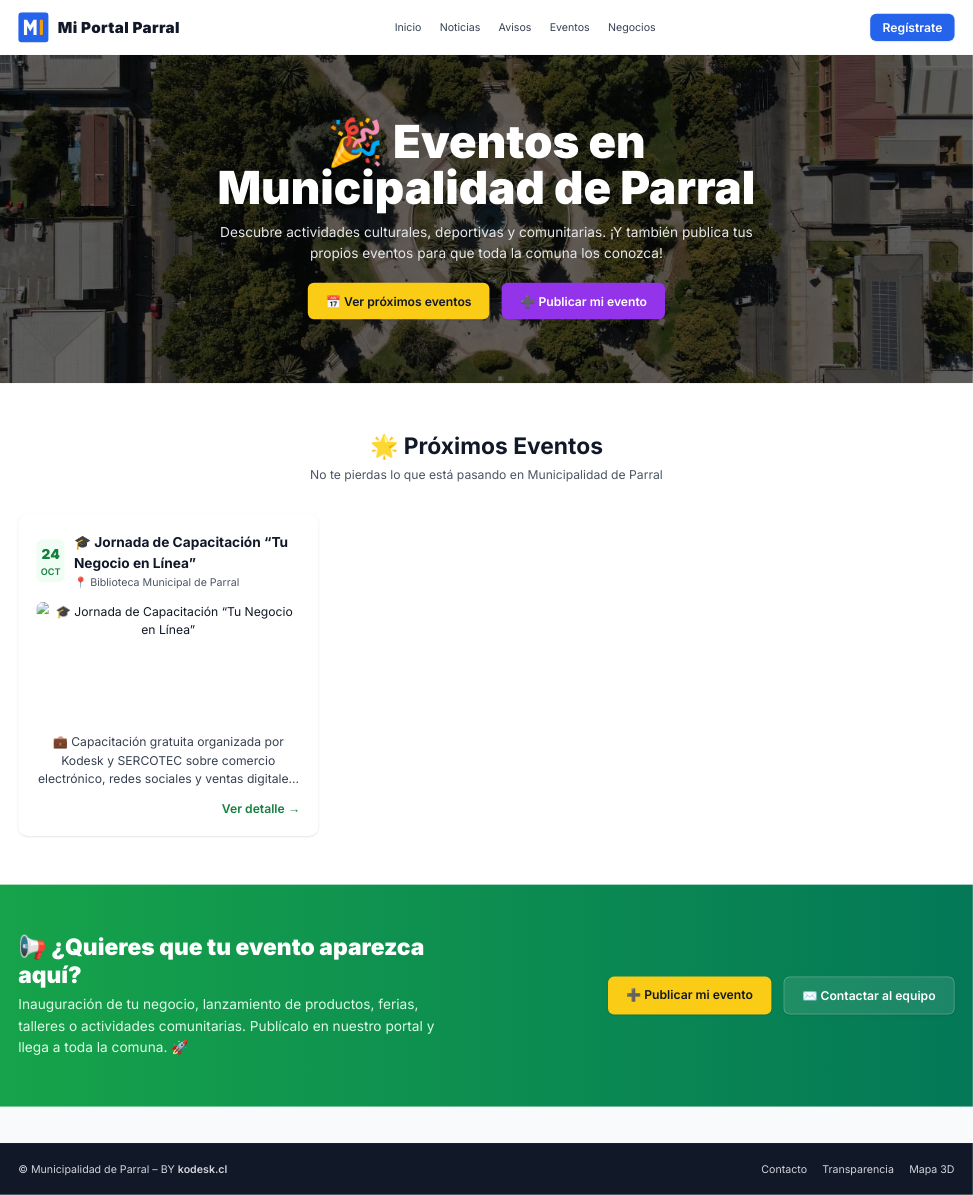
Repository: eikos4/MiPortal
Page: http://localhost/eventos
An editor plug-in stored every save of this project. The page is shown before and after the next save, followed by the edit.
The browser window is 1280 px wide. The pictures show the whole page, at 76% of full size.
Some web libraries are served in a nearby version. The page is served by the project's application, run on Flask 3 (mi_comuna/__init__.py). Other server files are loaded and not shown. The page reads the database file committed with the project.

Above is the page before, as saved 2025-10-11 18:15:30.

### mi_comuna/modules/inicio/templates/inicio/eventos.html
{% extends "base.html" %}

{% block content %}

<!-- HERO -->
<section class="relative h-[60vh] min-h-[400px] flex items-center justify-center bg-cover bg-center"
         style="background-image: url('{{ url_for('static', filename='img/plaza.jpg') }}');">
  <div class="absolute inset-0 bg-black/60"></div>
  <div class="relative z-10 text-center text-white max-w-3xl px-6">
    <h1 class="text-4xl md:text-6xl font-extrabold">🎉 Eventos en {{ config.MUNICIPALITY_NAME or "tu comuna" }}</h1>
    <p class="mt-4 text-lg text-gray-200">
      Descubre actividades culturales, deportivas y comunitarias.
      ¡Y también publica tus propios eventos para que toda la comuna los conozca!
    </p>
    <div class="mt-6 flex flex-wrap justify-center gap-4">
      <a href="#listado-eventos"
         class="bg-yellow-400 hover:bg-yellow-300 text-gray-900 font-semibold px-6 py-3 rounded-lg shadow transition">
        📅 Ver próximos eventos
      </a>
      <a href="#"
         class="bg-purple-600 hover:bg-purple-700 text-white font-semibold px-6 py-3 rounded-lg shadow transition">
        ➕ Publicar mi evento
      </a>
    </div>
  </div>
</section>

<!-- EVENTOS DESTACADOS -->
<section class="bg-white py-16">
  <div class="max-w-7xl mx-auto px-6 text-center">
    <h2 class="text-3xl font-bold text-gray-900">🌟 Próximos Eventos</h2>
    <p class="mt-2 text-gray-600">No te pierdas lo que está pasando en {{ config.MUNICIPALITY_NAME or "la comuna" }}</p>

    {% if eventos and eventos|length %}
      <div id="listado-eventos" class="mt-10 grid md:grid-cols-2 lg:grid-cols-3 gap-6">
        {% for e in eventos %}
        <article class="bg-white rounded-xl shadow hover:shadow-xl transition p-6 flex flex-col justify-between cursor-pointer"
onclick='abrirModal(
  {{ e.titulo|default("")|tojson }},
  {{ e.descripcion|default("")|tojson }},
  {{ e.lugar|default("")|tojson }},
  {{ e.fecha.strftime("%d/%m/%Y")|default("")|tojson }},
  {{ (e.hora.strftime("%H:%M") if e.hora else "—")|default("")|tojson }},
  {{ e.imagen_url|default("")|tojson }}
)'
>





        <div>
            <!-- Encabezado de fecha + título -->
            <div class="flex items-center gap-3">
              <div class="flex flex-col items-center justify-center w-14 h-14 rounded-lg bg-green-50 text-green-700">
                <span class="text-lg font-extrabold">{{ e.fecha.strftime("%d") }}</span>
                <span class="text-xs font-semibold uppercase">{{ e.fecha.strftime("%b") }}</span>
              </div>
              <div class="text-left">
                <h3 class="text-lg font-bold text-gray-900">{{ e.titulo }}</h3>
                <p class="text-sm text-gray-600">
                  {% if e.hora %}🕑 {{ e.hora.strftime("%H:%M") }} · {% endif %}📍 {{ e.lugar }}
                </p>
              </div>
            </div>

            <!-- Imagen -->
            <div class="mt-4 w-full h-40 overflow-hidden rounded-lg">
              <img src="{{ e.imagen_url }}" alt="{{ e.titulo }}" class="w-full h-full object-cover">
            </div>

            <!-- Descripción corta -->
            {% if e.descripcion %}
              <p class="mt-3 text-gray-700 line-clamp-3">{{ e.descripcion }}</p>
            {% endif %}
          </div>

          <div class="mt-4 text-right">
            <span class="inline-flex items-center gap-1 text-green-700 font-semibold hover:underline">
              Ver detalle →
            </span>
          </div>
        </article>
        {% endfor %}
      </div>
    {% else %}
      <div class="mt-10 bg-gray-50 border rounded-xl p-10">
        <p class="text-gray-600">⚠️ Aún no hay eventos programados. Sé el primero en publicar el tuyo.</p>
        <a href="#"
           class="mt-4 inline-block bg-green-600 hover:bg-green-700 text-white font-semibold px-6 py-3 rounded-lg shadow transition">
          ➕ Publicar evento
        </a>
      </div>
    {% endif %}
  </div>
</section>

<!-- CTA FINAL -->
<section class="relative bg-gradient-to-r from-green-600 to-emerald-700 py-16 text-white">
  <div class="relative mx-auto max-w-7xl px-6 flex flex-col md:flex-row items-center justify-between gap-8">
    <div class="max-w-xl text-center md:text-left">
      <h2 class="text-3xl font-extrabold">📢 ¿Quieres que tu evento aparezca aquí?</h2>
      <p class="mt-2 text-green-100 text-lg">
        Inauguración de tu negocio, lanzamiento de productos, ferias, talleres o actividades comunitarias.
        Publícalo en nuestro portal y llega a toda la comuna. 🚀
      </p>
    </div>
    <div class="flex flex-col sm:flex-row gap-4">
      <a href="https://wa.me/56920576206?text=Hola%20quiero%20más%20información%20sobre%20el%20portal"
         class="bg-yellow-400 hover:bg-yellow-300 text-gray-900 font-semibold px-6 py-3 rounded-lg shadow text-center">
        ➕ Publicar mi evento
      </a>
      <a href="https://wa.me/56920576206?text=Hola%20quiero%20más%20información%20sobre%20el%20portal"
         class="bg-white/10 border border-white/30 hover:bg-white/20 text-white font-semibold px-6 py-3 rounded-lg shadow text-center">
        ✉️ Contactar al equipo
      </a>
    </div>
  </div>
</section>

<!-- 🔹 MODAL DETALLE EVENTO -->
<div id="modalEvento" class="fixed inset-0 bg-black/70 backdrop-blur-sm hidden items-center justify-center z-50">
  <div class="bg-white rounded-2xl shadow-2xl max-w-lg w-full mx-4 overflow-hidden relative animate-fadeInUp">
    <button onclick="cerrarModal()" class="absolute top-3 right-3 text-gray-500 hover:text-gray-700 text-2xl">&times;</button>
    <img id="modalImagen" src="" alt="Imagen del evento" class="w-full h-56 object-cover">
    <div class="p-6 text-left">
      <h3 id="modalTitulo" class="text-2xl font-bold text-gray-900"></h3>
      <p id="modalFecha" class="text-sm text-gray-500 mt-1"></p>
      <p id="modalLugar" class="text-sm text-gray-600 mt-1"></p>
      <p id="modalDescripcion" class="mt-4 text-gray-800 leading-relaxed"></p>
      <div class="text-right mt-6">
        <button onclick="cerrarModal()" class="bg-green-600 hover:bg-green-700 text-white px-5 py-2 rounded-lg font-semibold shadow">
          Cerrar
        </button>
      </div>
    </div>
  </div>
</div>

<!-- 🔹 SCRIPT MODAL -->
<script>
function abrirModal(titulo, descripcion, lugar, fecha, hora, imagen) {
  document.getElementById('modalTitulo').innerText = titulo;
  document.getElementById('modalDescripcion').innerText = descripcion;
  document.getElementById('modalLugar').innerText = "📍 " + lugar;
  document.getElementById('modalFecha').innerText = "📅 " + fecha + " | 🕑 " + hora;
  document.getElementById('modalImagen').src = imagen;
  document.getElementById('modalEvento').classList.remove('hidden');
  document.getElementById('modalEvento').classList.add('flex');
}

function cerrarModal() {
  document.getElementById('modalEvento').classList.add('hidden');
  document.getElementById('modalEvento').classList.remove('flex');
}
</script>

{% endblock %}

### mi_comuna/templates/base.html
<!DOCTYPE html>
<html lang="es">
<head>
  <meta charset="UTF-8" />
  <title>{% block title %}{{ config.SITE_NAME or "Mi Portal Parral" }}{% endblock %}</title>
  <meta name="viewport" content="width=device-width, initial-scale=1.0" />
  <meta name="theme-color" content="#2563EB" />

  <!-- Favicon -->
  <link rel="icon" href="{{ url_for('static', filename='favicon.ico') }}">

  <!-- Tailwind -->
  <script src="https://cdn.tailwindcss.com"></script>

  <!-- Fuente moderna -->
  <link href="https://fonts.googleapis.com/css2?family=Inter:wght@400;600;700;900&display=swap" rel="stylesheet">

  <style>
    body { font-family: 'Inter', sans-serif; }
    @keyframes fadeInUp { from {opacity:0; transform: translateY(16px)} to {opacity:1; transform: translateY(0)} }
    .animate-fadeInUp { animation: fadeInUp .7s ease-out both }
  </style>

  {% block extra_head %}{% endblock %}
</head>
<body class="bg-gray-50 text-gray-900 flex min-h-screen flex-col">

  <!-- 🔹 Header -->
  <header class="bg-white text-gray-900 shadow sticky top-0 z-50">
    <div class="mx-auto flex max-w-7xl items-center justify-between px-6 py-4">

      <!-- Logo -->
      <a href="{{ url_for('inicio.index') }}" class="flex items-center gap-3 hover:opacity-80 transition">
        <svg xmlns="http://www.w3.org/2000/svg" class="h-10 w-10" viewBox="0 0 192 192">
          <rect width="192" height="192" rx="24" fill="#2563EB"/>
          <path d="M36 144V48h20l20 34 20-34h20v96h-20V88l-20 34-20-34v56H36z" fill="#FFFFFF"/>
          <rect x="136" y="48" width="20" height="96" fill="#F59E0B" rx="6"/>
        </svg>
        <span class="text-xl font-extrabold tracking-wide">
          Mi Portal Parral
        </span>
      </a>

      <!-- Navegación desktop -->
      <nav class="hidden md:flex gap-6 text-sm font-medium items-center">
        <a class="text-gray-700 hover:text-blue-600 transition" href="{{ url_for('inicio.index') }}">Inicio</a>
        <a class="text-gray-700 hover:text-blue-600 transition" href="{{ url_for('inicio.noticias') }}">Noticias</a>
        <a class="text-gray-700 hover:text-blue-600 transition" href="{{ url_for('inicio.avisos') }}">Avisos</a>
        <a class="text-gray-700 hover:text-blue-600 transition" href="{{ url_for('inicio.eventos') }}">Eventos</a>
        <a class="text-gray-700 hover:text-blue-600 transition" href="{{ url_for('negocios.lista_negocios') }}">Negocios</a>


        {% if current_user.is_authenticated %}
          <div class="relative">
            <button id="empresa-btn" class="flex items-center gap-1 text-gray-700 hover:text-blue-600 transition">
              👤 Mi Empresa ▾
            </button>
            <div id="empresa-menu" class="hidden absolute right-0 mt-2 bg-white text-gray-900 rounded-lg shadow-lg w-56 z-50 border">
              <a href="{{ url_for('ciudadano.dashboard') }}" class="block px-4 py-2 hover:bg-gray-100">📊 Dashboard</a>
              <a href="{{ url_for('ciudadano.perfil') }}" class="block px-4 py-2 hover:bg-gray-100">🏢 Perfil Empresa</a>
              <a href="{{ url_for('ciudadano.ofertas') }}" class="block px-4 py-2 hover:bg-gray-100">💸 Ofertas</a>
              <a href="{{ url_for('ciudadano.noticias') }}" class="block px-4 py-2 hover:bg-gray-100">📰 Noticias</a>
              <a href="{{ url_for('ciudadano.avisos') }}" class="block px-4 py-2 hover:bg-gray-100">📢 Avisos</a>
              <a href="{{ url_for('ciudadano.eventos') }}" class="block px-4 py-2 hover:bg-gray-100">🎉 Eventos</a>
              <a href="{{ url_for('auth.logout') }}" class="block px-4 py-2 text-red-600 hover:bg-gray-100">🚪 Salir</a>
            </div>
          </div>
        {% endif %}
      </nav>

      <!-- CTA derecho -->
      <div class="hidden md:block">
        {% if not current_user.is_authenticated %}
          <a href="{{ url_for('auth.register') }}"
             class="rounded-lg bg-blue-600 px-4 py-2 font-semibold text-white shadow hover:bg-blue-700 transition">
            Regístrate
          </a>
        {% endif %}
      </div>

      <!-- Botón Mobile -->
      <button id="menu-toggle" class="md:hidden p-2 rounded hover:bg-gray-100">
        <svg class="h-6 w-6 text-gray-700" xmlns="http://www.w3.org/2000/svg" fill="none" viewBox="0 0 24 24" stroke="currentColor">
          <path stroke-linecap="round" stroke-linejoin="round" stroke-width="2" d="M4 6h16M4 12h16M4 18h16"/>
        </svg>
      </button>
    </div>

    <!-- 🔹 Navegación Mobile -->
    <div id="mobile-menu" class="hidden md:hidden bg-gray-100 border-t text-gray-900 px-6 py-4 space-y-3">
      <a class="block hover:text-blue-600" href="{{ url_for('inicio.index') }}">Inicio</a>
      <a class="block hover:text-blue-600" href="{{ url_for('inicio.noticias') }}">Noticias</a>
      <a class="block hover:text-blue-600" href="{{ url_for('inicio.avisos') }}">Avisos</a>
      <a class="block hover:text-blue-600" href="{{ url_for('inicio.eventos') }}">Eventos</a>
      <a class="block hover:text-blue-600" href="{{ url_for('negocios.lista_negocios') }}">Negocios</a>

      {% if current_user.is_authenticated %}
        <hr class="border-gray-300 my-2">
        <p class="font-semibold text-blue-600">👤 Mi Empresa</p>
        <a class="block hover:text-blue-600" href="{{ url_for('ciudadano.dashboard') }}">📊 Dashboard</a>
        <a class="block hover:text-blue-600" href="{{ url_for('ciudadano.perfil') }}">🏢 Perfil Empresa</a>
        <a class="block hover:text-blue-600" href="{{ url_for('ciudadano.ofertas') }}">💸 Ofertas</a>
        <a class="block hover:text-blue-600" href="{{ url_for('ciudadano.noticias') }}">📰 Noticias</a>
        <a class="block hover:text-blue-600" href="{{ url_for('ciudadano.avisos') }}">📢 Avisos</a>
        <a class="block hover:text-blue-600" href="{{ url_for('ciudadano.eventos') }}">🎉 Eventos</a>
        <a class="block text-red-600 hover:text-red-700 font-semibold" href="{{ url_for('auth.logout') }}">🚪 Salir</a>
      {% else %}
        <a class="block hover:text-blue-600 font-semibold" href="{{ url_for('auth.register') }}">Regístrate</a>
      {% endif %}
    </div>
  </header>

  <!-- 🔹 Mensajes flash -->
  {% with messages = get_flashed_messages(with_categories=true) %}
    {% if messages %}
      <div class="max-w-4xl mx-auto mt-4 px-6">
        {% for category, message in messages %}
          <div class="mb-3 rounded-lg px-4 py-3
            {% if category == 'success' %} bg-green-100 text-green-800 border border-green-300
            {% elif category == 'error' %} bg-red-100 text-red-800 border border-red-300
            {% elif category == 'warning' %} bg-yellow-100 text-yellow-800 border border-yellow-300
            {% else %} bg-gray-100 text-gray-800 border border-gray-300 {% endif %}">
            {{ message }}
          </div>
        {% endfor %}
      </div>
    {% endif %}
  {% endwith %}

  <!-- 🔹 Contenido principal -->
<main class="flex-1 animate-fadeInUp">{% block content %}{% endblock %}</main>


  <!-- 🔹 Footer -->
  <footer class="mt-12 bg-gray-900 py-6 text-gray-300">
    <div class="mx-auto flex max-w-7xl flex-col items-center justify-between gap-4 px-6 md:flex-row">
      <p class="text-sm">
        © {{ current_year }} {{ config.MUNICIPALITY_NAME or "Mi Portal Parral" }} – BY <span class="font-semibold">kodesk.cl</span>
      </p>
      <div class="flex gap-5 text-sm">
        <a class="hover:text-white transition" href="#">Contacto</a>
        <a class="hover:text-white transition" href="#">Transparencia</a>
        <a class="hover:text-white transition" href="#">Mapa 3D</a>
      </div>
    </div>
  </footer>

  <!-- Scripts -->
  <script>
    document.getElementById("menu-toggle")?.addEventListener("click", () => {
      document.getElementById("mobile-menu").classList.toggle("hidden");
    });

    const empresaBtn = document.getElementById("empresa-btn");
    const empresaMenu = document.getElementById("empresa-menu");

    empresaBtn?.addEventListener("click", (e) => {
      e.stopPropagation();
      empresaMenu.classList.toggle("hidden");
    });

    window.addEventListener("click", (e) => {
      if (!empresaMenu?.contains(e.target) && e.target !== empresaBtn) {
        empresaMenu?.classList.add("hidden");
      }
    });
  </script>
</body>
</html>

### mi_comuna/__init__.py
from datetime import datetime
from flask import Flask
from .extensions import db, migrate, login_manager
from .modules.inicio import inicio_bp, models as inicio_models
from .modules.auth import auth_bp, models as auth_models   # 👈 nuevo
from .modules.negocios import negocios_bp, models as negocios_models      # 👈 nuevo
from .modules.admin import admin_bp
from .modules.ciudadano import ciudadano_bp

def create_app():
    app = Flask(__name__)
    app.config.from_object("config.Config")

    # Extensiones
    db.init_app(app)
    migrate.init_app(app, db)
    login_manager.init_app(app)

    # User loader para Flask-Login
    @login_manager.user_loader
    def load_user(user_id):
        return auth_models.Usuario.query.get(int(user_id))

    @app.context_processor
    def inject_now():
        return {"now": datetime.now}

    # Blueprints
    app.register_blueprint(inicio_bp)
    app.register_blueprint(auth_bp, url_prefix="/auth")
    app.register_blueprint(negocios_bp, url_prefix="/negocios")
    app.register_blueprint(admin_bp, url_prefix="/admin")
    app.register_blueprint(ciudadano_bp)



    return app

### mi_comuna/modules/inicio/routes.py
from datetime import date
from flask import render_template
from . import inicio_bp
from .models import Noticia, Aviso, Evento
from mi_comuna.modules.negocios.models import Negocio
from mi_comuna.modules.auth.models import Usuario


# ---------------------------------------------------------------------
# Página principal
# ---------------------------------------------------------------------
@inicio_bp.route("/")
def index():
    """Portada con últimas noticias, eventos, avisos y estadísticas generales."""
    noticias = (
        Noticia.query.order_by(Noticia.fecha.desc())
        .limit(3)
        .all()
    )

    hoy = date.today()
    avisos = (
        Aviso.query
        .filter(Aviso.fecha_inicio <= hoy)
        .filter((Aviso.fecha_fin == None) | (Aviso.fecha_fin >= hoy))
        .order_by(Aviso.fecha_inicio.desc())
        .limit(3)
        .all()
    )

    eventos = (
        Evento.query.order_by(Evento.fecha.desc())
        .limit(3)
        .all()
    )

    # 📊 estadísticas rápidas
    stats = {
        "negocios": Negocio.query.filter_by(estado="aprobado").count(),
        "usuarios": Usuario.query.count(),
        "resenas": 0  # Placeholder, se actualizará cuando se agregue el modelo de reseñas
    }

    # ⭐ Negocios destacados: últimos aprobados
    negocios = (
        Negocio.query.filter_by(estado="aprobado")
        .order_by(Negocio.id.desc())
        .limit(6)
        .all()
    )

    return render_template(
        "inicio/index.html",
        noticias=noticias,
        avisos=avisos,
        eventos=eventos,
        stats=stats,
        negocios=negocios,
    )


# ---------------------------------------------------------------------
# Noticias
# ---------------------------------------------------------------------
@inicio_bp.route("/noticias")
def noticias():
    """Listado completo de noticias, ordenadas por fecha descendente."""
    noticias = Noticia.query.order_by(Noticia.fecha.desc()).all()
    return render_template("inicio/noticias.html", noticias=noticias)


@inicio_bp.route("/noticia/<int:id>")
def ver_noticia(id):
    """Detalle de una noticia específica."""
    noticia = Noticia.query.get_or_404(id)
    return render_template("inicio/ver_noticia.html", noticia=noticia)


# ---------------------------------------------------------------------
# Avisos
# ---------------------------------------------------------------------
@inicio_bp.route("/avisos")
def avisos():
    """Lista solo los avisos activos (vigentes)."""
    hoy = date.today()
    avisos = (
        Aviso.query
        .filter(Aviso.fecha_inicio <= hoy)
        .filter((Aviso.fecha_fin == None) | (Aviso.fecha_fin >= hoy))
        .order_by(Aviso.fecha_inicio.desc())
        .all()
    )
    return render_template("inicio/avisos.html", avisos=avisos)


# ---------------------------------------------------------------------
# Eventos
# ---------------------------------------------------------------------
@inicio_bp.route("/eventos")
def eventos():
    """Listado completo de eventos futuros y recientes."""
    eventos = Evento.query.order_by(Evento.fecha.desc()).all()
    return render_template("inicio/eventos.html", eventos=eventos)

### mi_comuna.db (the tables this page reads, as SQL)
CREATE TABLE evento (
	id INTEGER NOT NULL, 
	titulo VARCHAR(200) NOT NULL, 
	lugar VARCHAR(200) NOT NULL, 
	fecha DATE NOT NULL, 
	hora TIME, 
	descripcion TEXT, 
	imagen VARCHAR(255), 
	PRIMARY KEY (id)
);
INSERT INTO "evento" VALUES
(2, '🎓  Jornada de Capacitación “Tu Negocio en Línea”', 'Biblioteca Municipal de Parral', '2025-10-24', NULL, '💼 Capacitación gratuita organizada por Kodesk y SERCOTEC sobre comercio electrónico, redes sociales y ventas digitales.
Incluye certificado de participación y acceso a herramientas digitales gratuitas.', 'uploads/7233060-removebg-preview.png');

After the next save:
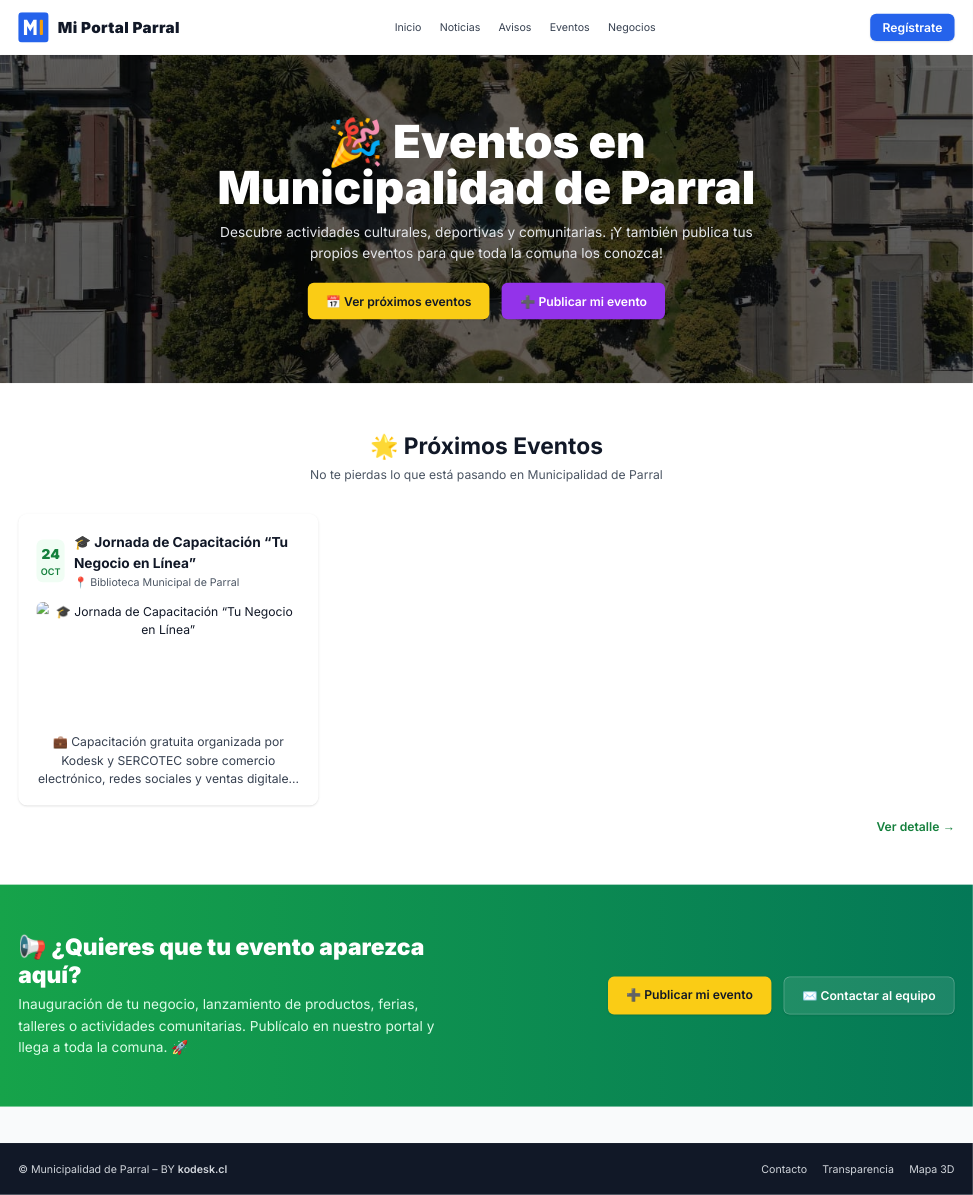
Saved 16 s later.
--- a/mi_comuna/modules/inicio/templates/inicio/eventos.html
+++ b/mi_comuna/modules/inicio/templates/inicio/eventos.html
@@ -35,15 +35,7 @@
       <div id="listado-eventos" class="mt-10 grid md:grid-cols-2 lg:grid-cols-3 gap-6">
         {% for e in eventos %}
         <article class="bg-white rounded-xl shadow hover:shadow-xl transition p-6 flex flex-col justify-between cursor-pointer"
-onclick='abrirModal(
-  {{ e.titulo|default("")|tojson }},
-  {{ e.descripcion|default("")|tojson }},
-  {{ e.lugar|default("")|tojson }},
-  {{ e.fecha.strftime("%d/%m/%Y")|default("")|tojson }},
-  {{ (e.hora.strftime("%H:%M") if e.hora else "—")|default("")|tojson }},
-  {{ e.imagen_url|default("")|tojson }}
-)'
->
+
 
 
 
